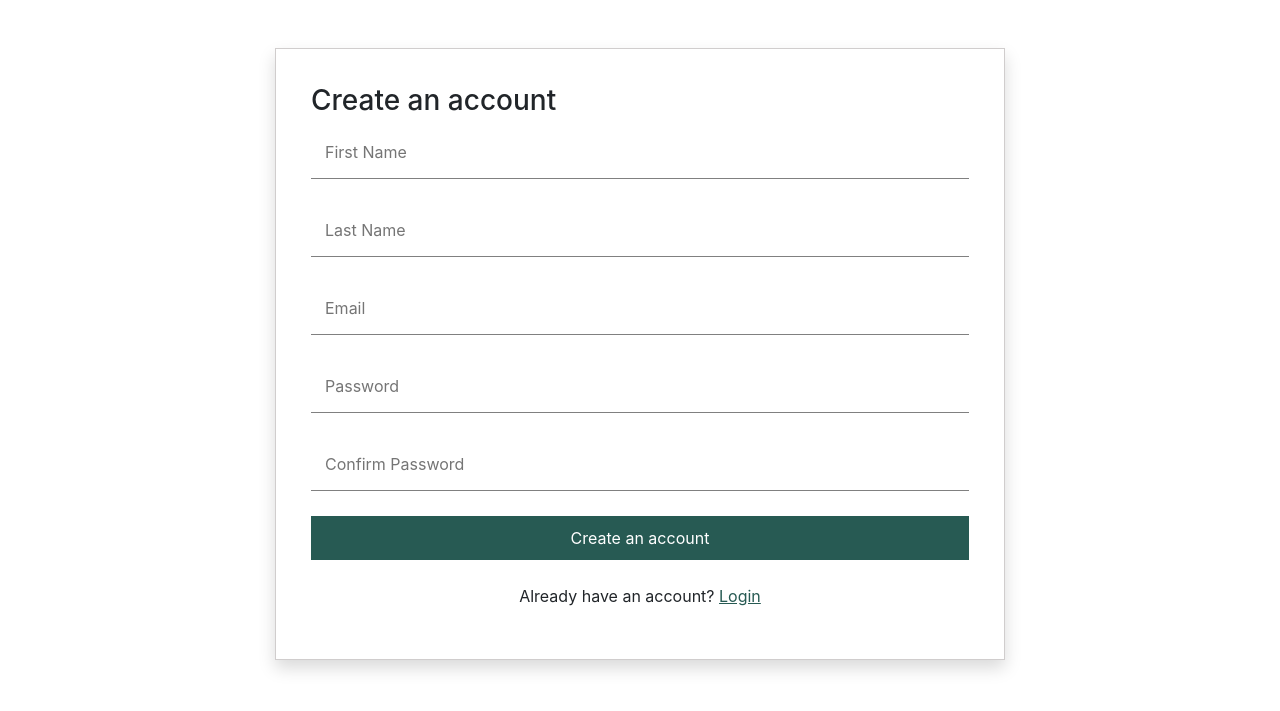
Repository: arif286/home-decoration-client-site
Page: /login
These files come from the project's save history. The page is drawn as it stood at one moment and after the next save; the edit follows.
The browser window is 1280 px wide. The pictures show the whole page.
The project was rebuilt for these pictures with package versions that can differ from the ones it lists, and the page was loaded fresh each time. Also part of the build but not shown: src/components/HomePage/AboutUs/AboutUs.css, src/components/HomePage/NavBar/NavBar.css, src/components/HomePage/NavBar/NavBar.js, src/components/HomePage/Header/Header.css, src/components/HomePage/Header/Header.js, src/components/HomePage/Project/Project.js, src/components/HomePage/ServiceCard/ServiceCard.js, src/components/HomePage/Service/Service.js and 4 more.

Above is the page before, as saved 2021-04-15 05:15:47.

### src/App.js
import "bootstrap/dist/css/bootstrap.min.css";
import React from "react";
import { BrowserRouter as Router, Route, Switch } from "react-router-dom";
import Home from "./components/HomePage/Home/Home";
import SignUp from "./components/LoginPage/SignUp/SignUp";
function App() {
  return (
    <div>
      <Router>
        <Switch>
          <Route path='/home'>
            <Home/>
          </Route>
          <Route path='/login'>
            <SignUp/>
          </Route>
          <Route exact path='/'>
            <Home/>
          </Route>
        </Switch>
      </Router>
    </div>
  );
}

export default App;

### src/components/LoginPage/SignUp/SignUp.js
import React, { useRef, useState } from "react";
import { Col, Container, Row } from "react-bootstrap";
import { useForm } from "react-hook-form";
import Login from "../Login/Login";
import "./SignUp.css";

const SignUp = () => {
  const [toggle, setToggle] = useState(false);
  const {
    register,
    handleSubmit,
    watch,
    formState: { errors },
  } = useForm();
  const password = useRef({});
  password.current = watch("password", "");
  const onSubmit = (data) => console.log(data);

  return (
    <Container className="mt-5">
      <Row className="justify-content-center">
        <Col xs={10} md={8}>
          {!toggle ? (
            <form
              className="login-form shadow"
              onSubmit={handleSubmit(onSubmit)}
            >
              <h3>Create an account</h3>
              <input
                type="text"
                {...register("firstName", { required: true })}
                placeholder="First Name"
              />

              <input
                type="text"
                {...register("lastName", { required: true })}
                placeholder="Last Name"
              />

              <input
                type="email"
                {...register("email", { required: true })}
                placeholder="Email"
              />
              <input
                type="password"
                {...register("password", { required: true })}
                placeholder="Password"
              />
              <input
                type="password"
                {...register("confirmation", {
                  validate: (value) =>
                    value === password.current || "password do not match",
                })}
                placeholder="Confirm Password"
              />
              {errors.confirmation && <p>{errors.confirmation.message}</p>}

              <button type="submit" className="w-100 submit-btn">
                Create an account
              </button>
              <p className="text-center mt-4">
                Already have an account?{" "}
                <span
                  onClick={() => {
                    setToggle(true);
                  }}
                >
                  Login
                </span>
              </p>
            </form>
          ) : (
            <Login setToggle={setToggle} />
          )}
        </Col>
      </Row>
    </Container>
  );
};

export default SignUp;

### src/components/HomePage/AboutUs/AboutUs.js
import { faCheckCircle } from "@fortawesome/free-solid-svg-icons";
import { FontAwesomeIcon } from "@fortawesome/react-fontawesome";
import React from "react";
import { Col, Container, Row } from "react-bootstrap";
import architects from "../../../home-decoration/Image_Icon/Image/architect.jpg";
import "./AboutUs.css";

const checkBox = <FontAwesomeIcon icon={faCheckCircle} />;

const AboutUs = () => {
  return (
    <Container className="mt-5">
      <h1 className="text-center mb-4">About Us</h1>
      <Row className="row-cols-1 row-cols-md-2">
        <Col className="pb-4">
          <img
            style={{ objectFit: "cover" }}
            className="w-100 h-100"
            src={architects}
            alt=""
          />
        </Col>
        <Col className="pb-4 about-us">
          <p className="welcome-text">
            <small>WELCOME TO OUR AGENCY</small>
          </p>
          <h5>MOST EXPERIENCED BUILDERS ARCHITECTS & DESIGNERS</h5>
          <p style={{ color: "#C0AC95", fontStyle: "italic", fontWeight: 500 }}>
            We're building everything you always needed in architect
          </p>

          <p>
            Lorem ipsum dolor sit amet, consectetur notted adipisicing elit sed
            do eiusmod tempor incididunt by injected humou or randomised simply
            not wisdome to do that avail words even slightly believable.
          </p>
          <div>
            <p>
              <span>{checkBox}</span>Lorem Ipsum is not simply random text
            </p>
            <p>
              <span>{checkBox}</span>Making this the first true on Internet
            </p>
            <p>
              <span>{checkBox}</span>There are slighly believable words
            </p>
            <p>
              <span>{checkBox}</span>If you are going to use passage
            </p>
          </div>
        </Col>
      </Row>
    </Container>
  );
};

export default AboutUs;

### src/components/LoginPage/SignUp/SignUp.css
.login-form input {
  width: 100%;
  padding: 14px;
  border: none;
  border-bottom: 1px solid gray;
  margin-bottom: 25px;
  outline: none;
}
.submit-btn {
  border: none;
  outline: none;
  padding: 10px 0px;
  background-color: #275a53;
  color: white;
  font-weight: 400;
}

.login-form {
  border: 1px solid #837b7b61;
  padding: 35px;
}
.login-form span {
  text-decoration: underline;
  color: #275a53;
}
.reset-password {
  text-decoration: underline;
  color: #275a53;
  font-weight: 500;
}
.reset-password:hover {
  color: #0d864a;
}

Loaded but not shown: public/index.html (common file); src/index.js (common file); src/index.css (common file); src/reportWebVitals.js (common file)

After the next save:
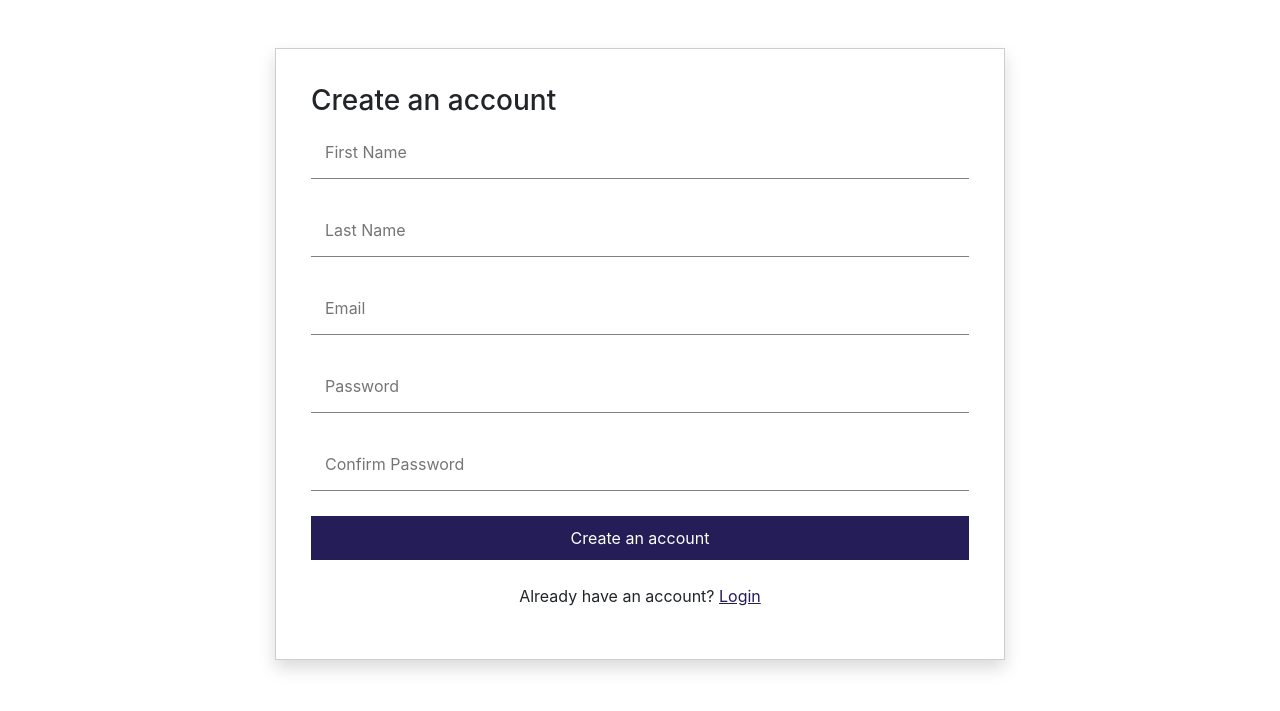
Saved 92 s later.
--- a/src/components/LoginPage/SignUp/SignUp.css
+++ b/src/components/LoginPage/SignUp/SignUp.css
@@ -10,7 +10,7 @@
   border: none;
   outline: none;
   padding: 10px 0px;
-  background-color: #275a53;
+  background-color: #251d58;
   color: white;
   font-weight: 400;
 }
@@ -21,13 +21,13 @@
 }
 .login-form span {
   text-decoration: underline;
-  color: #275a53;
+  color: #251d58;
 }
 .reset-password {
   text-decoration: underline;
-  color: #275a53;
+  color: #251d58;
   font-weight: 500;
 }
 .reset-password:hover {
-  color: #0d864a;
+  color: #251d58;
 }
